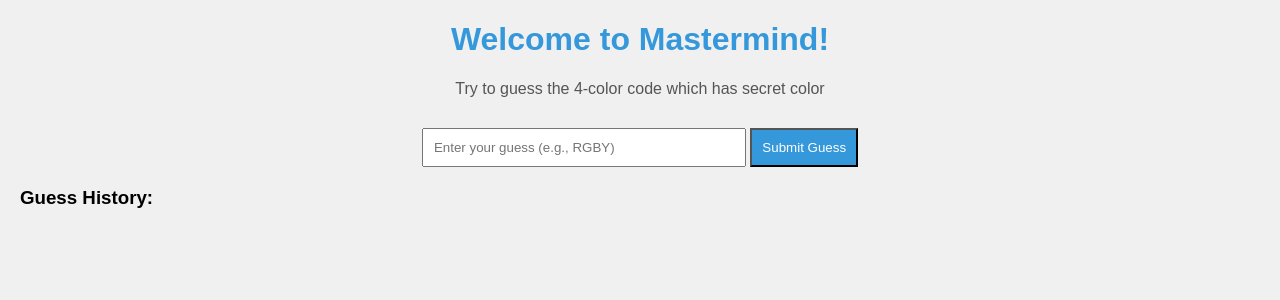
Repository: cheasopheaknita/Mastermind_Game
Page: http://localhost/
These files come from the project's save history. The page is drawn as it stood at one moment and after the next save; the edit follows.
The browser window is 1280 px wide. The pictures show the whole page.
The page is served by the project's application, run on Flask 3 (mastermind_project/app.py).

Above is the page before, as saved 2024-02-06 01:44:27.

After the next save:
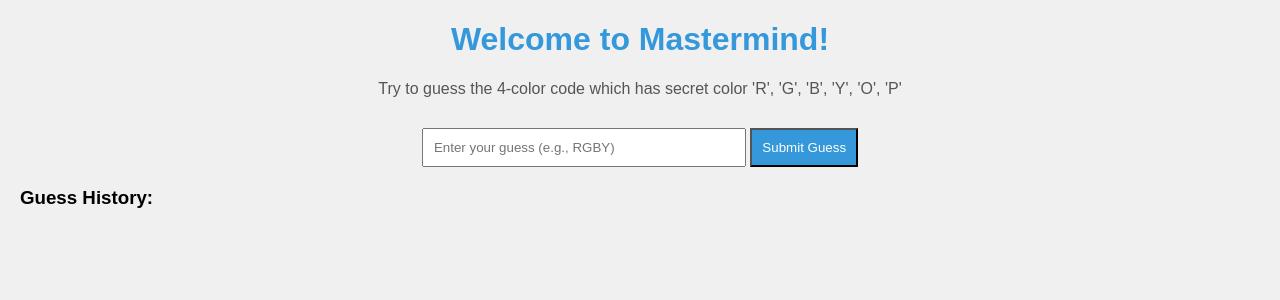
Saved 11 s later.
--- a/mastermind_project/templates/mastermind_game.html
+++ b/mastermind_project/templates/mastermind_game.html
@@ -48,7 +48,7 @@
 </head>
 <body>
     <h1>Welcome to Mastermind!</h1>
-    <p>Try to guess the 4-color code which has secret color </p>
+    <p>Try to guess the 4-color code which has secret color 'R', 'G', 'B', 'Y', 'O', 'P' </p>
 
     <div id="result"></div>
 
